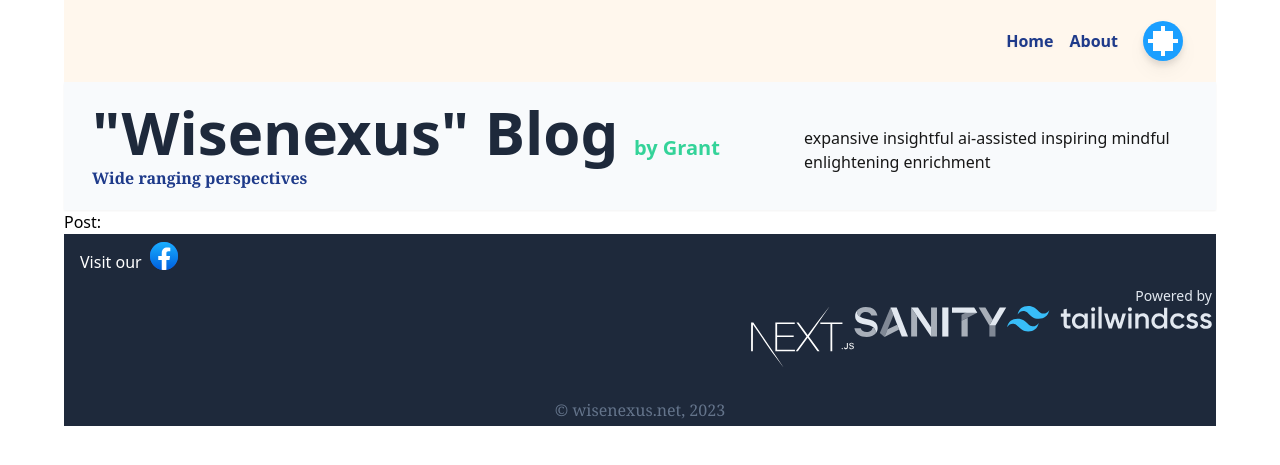
Repository: gpgundersen/sanity3-nextjs13-blog
Page: /post
The author's editor kept a copy of each file at every save. The page is drawn from the files as they stood at one save, then again after the next save.
The browser window is 1280 px wide. The pictures show the whole page.
The project was rebuilt for these pictures with package versions that can differ from the ones it lists, and the page was loaded fresh each time. The framework's server and built-in components were replaced by stand-ins that run in the browser. Also part of the build but not shown: next.config.js.

Above is the page before, as saved 2023-02-05 20:12:12.

After the next save:
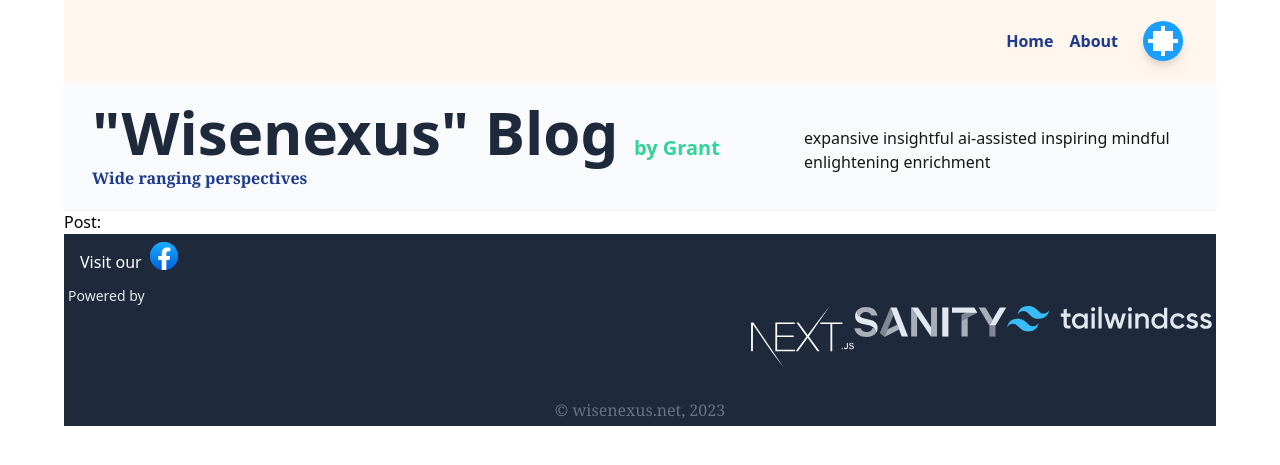
Saved 41 s later.
--- a/components/Footer.tsx
+++ b/components/Footer.tsx
@@ -9,7 +9,7 @@
         <div className="flex justify-start p-1">
             <p className="text-white m-2 font-light">Visit our</p><FbIcon />
         </div>
-        <div className="flex flex-wrap justify-end space-x-5 space-y-2 md:flex-row">
+        <div className="flex flex-row space-x-5 space-y-2">
 
             <p className="text-sm">Powered by</p></div>
           <ul className="flex justify-end">
